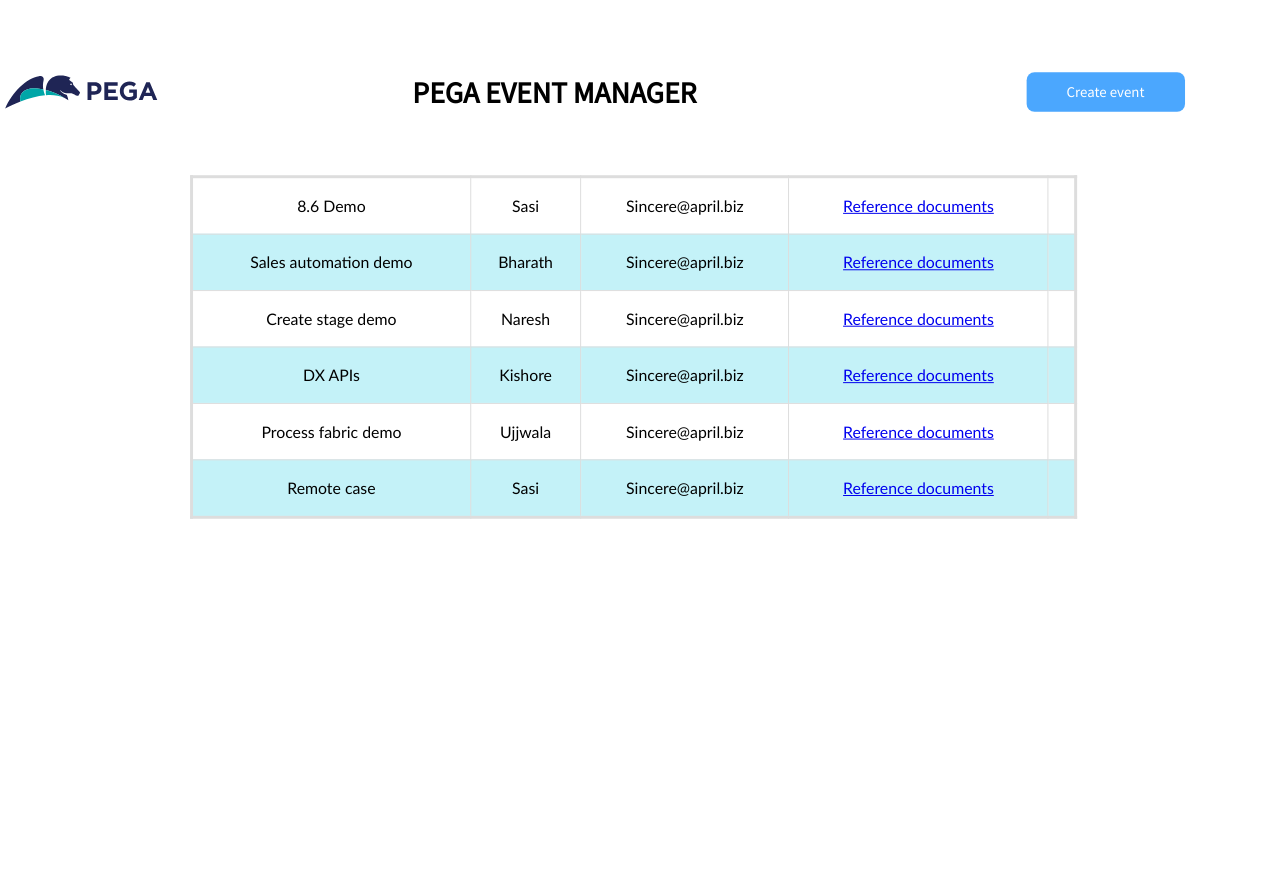
Repository: SasiVeeramachaneni/eventmanager
Page: /
An editor plug-in stored every save of this project. The page is shown before and after the next save, followed by the edit.
The browser window is 1280 px wide. The pictures show the whole page, at 99% of full size.
The project was rebuilt for these pictures with package versions that can differ from the ones it lists, and the page was loaded fresh each time. Also part of the build but not shown: src/Card.js, src/Header.js.

Above is the page before, as saved 2020-09-02 18:31:29.

### src/index.js
import React from 'react';
import ReactDOM from 'react-dom';
import {BrowserRouter, Route, Switch, Link} from 'react-router-dom';
import './index.css';
import logo from './logo.svg';
import App from './App';
import './fonts/SourceSansPro-Regular.ttf'

const Header = () => (
  <div className="header">
    <div className="logo"><img src={logo} alt=""/></div>
    <div className="heading">PEGA EVENT MANAGER</div>
    <div className="logo"><button type="button" className="createbutton">Create event</button></div>
  </div>
);


const AddEvent = () => (
  <div>
    My event
  </div>
);

const noRoute = () => (
  <div>
    404!-<Link to="/">Go home</Link>
  </div>
);

const routes = (
  <BrowserRouter>
  <div>
    <Header />
    <Switch>
      <Route path="/" component={App} exact={true}/>
      <Route path="/create" component={AddEvent} />
      <Route component={noRoute} />
    </Switch>
    </div>
  </BrowserRouter>
);

ReactDOM.render(
  routes,
  document.getElementById('root')
);

### src/App.js
import React from 'react';
import './App.css';
import Events from './Events';
import Header from './Header';

function App() {
  return (
    <div className="App">
      <div className="body">
        <Events />
      </div>

    </div>
  );
}

export default App;

### src/App.css
.App {
  height: 100vh;
  display: grid;
  grid-template-rows: 50px 1fr;
  width: 70%;
  margin-left: auto;
  margin-right: auto;
}

@font-face {
  font-family: 'SourceSansPro';
  src: local('SourceSansPro'), url(./fonts/SourceSansPro-Regular.ttf) format('truetype');
}


.container {
  padding: 2px 16px;
}

.cardList {
  display: flex;
  flex-direction: row;
  justify-content: center;
  max-width: 1000px;
  flex-wrap: wrap;
}

.header {
  display: flex;
  align-items: stretch;
  justify-content: space-evenly;
  padding-top: 10px;
}

.logo {
  flex-grow: 1;
  display: flex;
  align-items: center;
  justify-content: center;
}

.heading {
  flex-grow: 3;
  display: flex;
  align-items: center;
  justify-content: center;
  font-size: 30px;
  font-weight: bold;
  font-family: SourceSansPro;

}

.createbutton {
  width: 10rem;
  color: #FFF;
  background: #4BA7FE;
  border-radius: 8px;
  font-size: 15px;
  line-height: 24px;
  height: 2.5rem;
  position: relative;
  align-items: center;
  box-sizing: border-box;
  transition: all 0.4s ease-in-out;
  border: none;
  font-family: SourceSansPro;


}

.body {

}

#events {
  text-align: center;
  font-family: "Trebuchet MS", Arial, Helvetica, sans-serif;
  border-collapse: collapse;
  border: 3px solid #ddd;
  width: 100%;
}

#events td, #events th {
  border: 1px solid #ddd;
  padding: 8px;
  height: 40px;
}

#events tr:nth-child(even){background-color: #c4f2f8;}

#events tr:hover {background-color: #8AFFDD;}

#events th {
  padding-top: 12px;
  padding-bottom: 12px;
  text-align: center;
  background-color: #4CAF50;
  color: white;
}

### src/Events.js
import React, { Component } from 'react'
import './App.css';
import Card from './Card';


  const CardList = ({ robots }) => {
    const cardsArray = robots.map(robot => (
      <Card
        name={robot.name}
        email={robot.email}
        username={robot.username}
        id={robot.id} />
    ));

    return (
      <div className="cardList">
        {cardsArray}
      </div>
    );
  };

  function Events2() {
      return(
        <CardList />
      );
  }


  class Events extends Component {
    constructor(props) {
       super(props) //since we are extending class Table so we have to use super in order to override Component class constructor
       this.state = { //state is by default an object
          students: [
            {
              id: 1,
              name: "8.6 Demo",
              username: "Sasi",
              email: "Sincere@april.biz",
              document: "www.box.com",
              subsribe: true
            },
            {
              id: 2,
              name: "Sales automation demo",
              username: "Bharath",
              email: "Sincere@april.biz",
              document: "www.box.com",
              subsribe: false

            },
            {
              id: 3,
              name: "Create stage demo",
              username: "Naresh",
              email: "Sincere@april.biz",
              document: "www.box.com",
              subsribe: false
            },
            {
                id: 4,
                name: "DX APIs",
                username: "Kishore",
                email: "Sincere@april.biz",
                document: "www.box.com",
                subsribe: true
            },
            {
                id: 5,
                name: "Process fabric demo",
                username: "Ujjwala",
                email: "Sincere@april.biz",
                document: "www.box.com",
                subsribe: false
            },
            {
                id: 6,
                name: "Remote case",
                username: "Sasi",
                email: "Sincere@april.biz",
                document: "www.box.com",
                subsribe: true
            },
          ]
       }
    }

    renderTableData() {
      return this.state.students.map((student, index) => {
         const { id, name, username, email, document, subscribe } = student //destructuring
         return (
            <tr key={id}>
               <td>{name}</td>
               <td>{username}</td>
               <td>{email}</td>
               <td>
                  <a href="www.box.com" target="_blank" rel="nofollow">
                  Reference documents
                  </a>
                </td>
               <td>{subscribe}</td>
            </tr>
         )
      })
   }

   render() {
      return (
         <div>
            <table id='events'>
               <tbody>
                  {this.renderTableData()}
               </tbody>
            </table>
         </div>
      )
   }
 }

  export default Events;

### src/Card.css
.card {
    box-shadow: 0 4px 8px 0 rgba(0,0,0,0.2);
    transition: 0.3s;
    width: 300px;
    padding: 5px;
    margin-left: 5px;
    margin-right:5px;
    margin-top: 10px;
    border-radius: 8px;
  }

  .card:hover {
    box-shadow: 0 8px 16px 0 rgba(0,0,0,0.2);
  }


  .inlineCard {
    display: flex;
    flex-direction: column;
    align-items: center;
    justify-content: center;
  }

  .topline {
    padding-top: 10px;
    padding-left:5px;
    padding-right: 5px;
    display: flex;
    align-items: flex-start;
    justify-content: space-between;
  }


  .time {
    font-size: 14px;
}

@font-face {
    font-family: 'SourceSansPro';
    src: local('SourceSansPro'), url(./fonts/SourceSansPro-Regular.ttf) format('truetype');
  }


  .userName{
    font-family: SourceSansPro;
    font-size:14px;

  }
.unsubscribe {
    width: 10rem;
    color: #FFF;
    background: #bbc2c9;
    border-radius: 8px;
    font-size: 15px;
    line-height: 24px;
    height: 2.5rem;
    position: relative;
    align-items: center;
    box-sizing: border-box;
    transition: all 0.4s ease-in-out;
    border: none;
    font-family: SourceSansPro;
    margin-top: 10px;
    margin-bottom: 2px;

  }

  .subscribe {
    width: 10rem;
    color: #FFF;
    background: #4BA7FE;
    border-radius: 8px;
    font-size: 15px;
    line-height: 24px;
    height: 2.5rem;
    position: relative;
    align-items: center;
    box-sizing: border-box;
    transition: all 0.4s ease-in-out;
    border: none;
    font-family: SourceSansPro;
    margin-top: 10px;
    margin-bottom: 2px;

  }

Loaded but not shown: public/index.html (common file); src/index.css (common file)

After the next save:
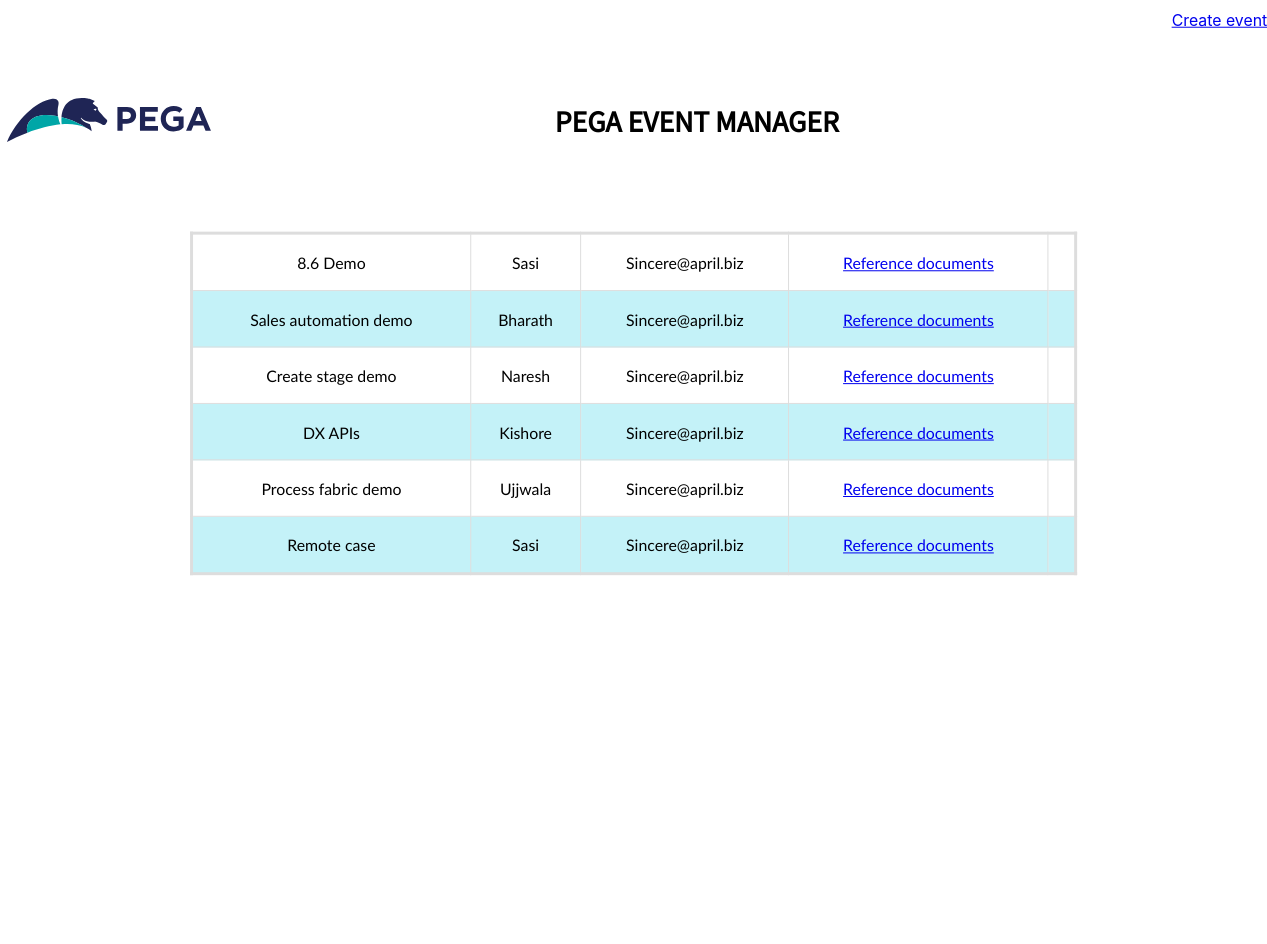
Saved 5 h 2 min later.
--- a/src/index.js
+++ b/src/index.js
@@ -10,7 +10,7 @@
   <div className="header">
     <div className="logo"><img src={logo} alt=""/></div>
     <div className="heading">PEGA EVENT MANAGER</div>
-    <div className="logo"><button type="button" className="createbutton">Create event</button></div>
+    <Link to="/create">Create event</Link>
   </div>
 );
 
